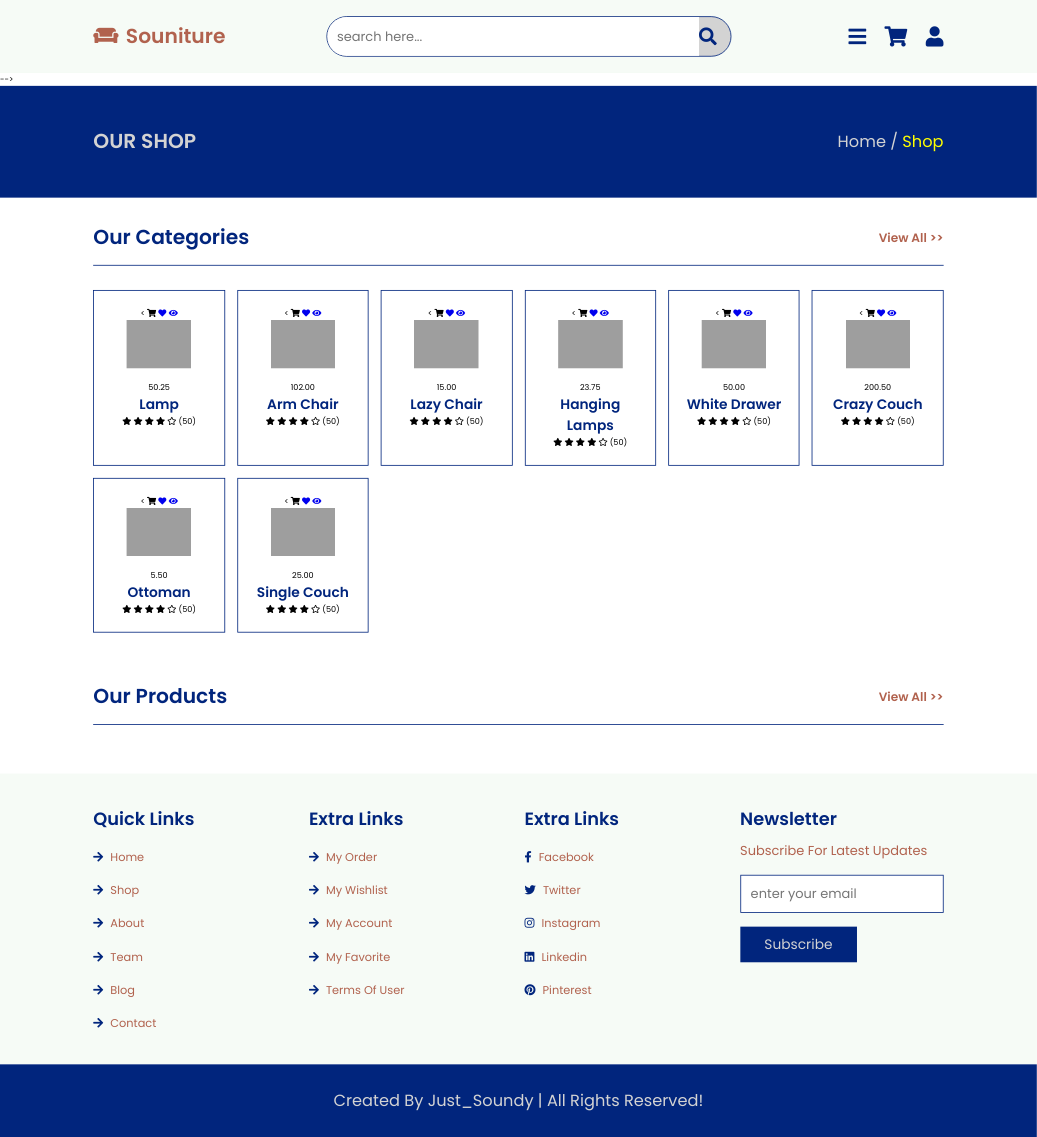
Repository: spencersoundy/furniture-store
Page: shop.html
An editor plug-in stored every save of this project. The page is shown before and after the next save, followed by the edit.
The browser window is 1280 px wide. The pictures show the whole page, at 81% of full size.
Pictures or frames that could not be fetched are drawn as grey boxes.

Above is the page before, as saved 2023-05-02 15:22:16.
Console error: TypeError: Cannot read properties of null (reading 'addEventListener')

### shop.html
<!DOCTYPE html>
<html lang="en">
<head>
    <meta charset="UTF-8">
    <meta http-equiv="X-UA-Compatible" content="IE=edge">
    <meta name="viewport" content="width=device-width, initial-scale=1.0">
    <title>shop</title>

    <!-- font awesome cdn link  -->
    <link rel="stylesheet" href="https://cdnjs.cloudflare.com/ajax/libs/font-awesome/5.15.4/css/all.min.css">

    <!-- custom css file link  -->
    <link rel="stylesheet" href="css/style.css">

</head>
<body>

<!-- header section starts  -->

<header class="header">

    <a href="home.html" class="logo"> <i class="fas fa-couch"></i> Souniture </a>

    <form action="" class="search-form">
        <input type="search" placeholder="search here..." id="search-box">
        <label for="search-box" class="fas fa-search"></label>
    </form>

    <div class="icons">
        <div id="menu-btn" class="fas fa-bars"></div>
        <div id="search-btn" class="fas fa-search"></div>
        <div id="cart-btn" class="fas fa-shopping-cart"></div>
        <div id="login-btn" class="fas fa-user"></div>
    </div>

</header>

<!-- header section ends  -->

<!-- closer btn  -->

<div id="closer" class="fas fa-times"></div>

<!-- navbar  -->

<nav class="navbar">
    <a href="home.html">home</a>
    <a href="shop.html">shop</a>
    <a href="about.html">about</a>
    <a href="team.html">team</a>
    <a href="blog.html">blog</a>
    <a href="contact.html">contact</a>
</nav>

<!-- shopping cart  -->

<div class="shopping-cart">

    <div class="box">
        <i class="fas fa-times"></i>
        <img src="image/cart-img-1.jpg" alt="">
        <div class="content">
            <h3>morden furniture</h3>
            <span class="quantity"> 1 </span>
            <span class="multiply"> x </span>
            <span class="price"> $140.00 </span>
        </div>
    </div>

     <div class="box">
        <i class="fas fa-times"></i>
        <img src="image/cart-img-2.jpg" alt="">
        <div class="content">
            <h3>morden furniture</h3>
            <span class="quantity"> 1 </span>
            <span class="multiply"> x </span>
            <span class="price"> $140.00 </span>
        </div>
    </div>

    <div class="box">
        <i class="fas fa-times"></i>
        <img src="image/cart-img-3.jpg" alt="">
        <div class="content">
            <h3>morden furniture</h3>
            <span class="quantity"> 1 </span>
            <span class="multiply"> x </span>
            <span class="price"> $140.00 </span>
        </div>
    </div>

    <div class="box">
        <i class="fas fa-times"></i>
        <img src="image/cart-img-4.jpg" alt="">
        <div class="content">
            <h3>morden furniture</h3>
            <span class="quantity"> 1 </span>
            <span class="multiply"> x </span>
            <span class="price"> $140.00 </span>
        </div>
    </div>

    <h3 class="total"> total : <span>$560.00</span> </h3>

    <a href="#" class="btn">checkout cart</a>

</div> -->

<!-- login form  -->

<div class="login-form">

    <form action="">
        <h3>login form</h3>
        <input type="email" placeholder="enter your email" class="box">
        <input type="password" placeholder="enter your password" class="box">
        <div class="remember">
            <input type="checkbox" name="" id="remember-me">
            <label for="remember-me">remember me</label>
        </div>
        <input type="submit" value="login now" class="btn">
        <p>forget password? <a href="#">click here</a></p>
        <p>don't have an account? <a href="#">create now</a></p>
    </form>

</div>

<section class="heading">
    <h3>our shop</h3>
    <p> <a href="home.html">home</a> / <span>shop</span> </p>
</section>

<section class="category">

    <h1 class="title"> <span>our categories</span> <a href="#">view all >></a> </h1>

    <div class="box-container">

        <a href="#" class="box">
            <img src="image/icon-1.png" alt="">
            <h3>house sofa</h3>
        </a>

        <a href="#" class="box">
            <img src="image/icon-2.png" alt="">
            <h3>working table</h3>
        </a>

        <a href="#" class="box">
            <img src="image/icon-3.png" alt="">
            <h3>corner table</h3>
        </a>

        <a href="#" class="box">
            <img src="image/icon-4.png" alt="">
            <h3>office chair</h3>
        </a>

        <a href="#" class="box">
            <img src="image/icon-5.png" alt="">
            <h3>new wardrobe</h3>
        </a>

    </div>

</section>

<section class="products">

    <h1 class="title"> <span>our products</span> <a href="#">view all >></a> </h1>

    <div class="box-container">

        <!-- <div class="box">
            <div class="icons">
                <a href="#" class="fas fa-shopping-cart"></a>
                <a href="#" class="fas fa-heart"></a>
                <a href="#" class="fas fa-eye"></a>
            </div>
            <div class="image">
                <img src="image/product-1.jpg" alt="">
            </div>
            <div class="content">
                <div class="price">R2380.00</div>
                <h3>modern furniture</h3>
                <div class="stars">
                    <i class="fas fa-star"></i>
                    <i class="fas fa-star"></i>
                    <i class="fas fa-star"></i>
                    <i class="fas fa-star"></i>
                    <i class="far fa-star"></i>
                    <span> (50) </span>
                </div>
            </div>
        </div>

        <div class="box">
            <div class="icons">
                <a href="#" class="fas fa-shopping-cart"></a>
                <a href="#" class="fas fa-heart"></a>
                <a href="#" class="fas fa-eye"></a>
            </div>
            <div class="image">
                <img src="image/product-2.jpg" alt="">
            </div>
            <div class="content">
                <div class="price">R2380.00</div>
                <h3>modern furniture</h3>
                <div class="stars">
                    <i class="fas fa-star"></i>
                    <i class="fas fa-star"></i>
                    <i class="fas fa-star"></i>
                    <i class="fas fa-star"></i>
                    <i class="far fa-star"></i>
                    <span> (50) </span>
                </div>
            </div>
        </div>

        <div class="box">
            <div class="icons">
                <a href="#" class="fas fa-shopping-cart"></a>
                <a href="#" class="fas fa-heart"></a>
                <a href="#" class="fas fa-eye"></a>
            </div>
            <div class="image">
                <img src="image/product-3.jpg" alt="">
            </div>
            <div class="content">
                <div class="price">R2380.00</div>
                <h3>modern furniture</h3>
                <div class="stars">
                    <i class="fas fa-star"></i>
                    <i class="fas fa-star"></i>
                    <i class="fas fa-star"></i>
                    <i class="fas fa-star"></i>
                    <i class="far fa-star"></i>
                    <span> (50) </span>
                </div>
            </div>
        </div>

        <div class="box">
            <div class="icons">
                <a href="#" class="fas fa-shopping-cart"></a>
                <a href="#" class="fas fa-heart"></a>
                <a href="#" class="fas fa-eye"></a>
            </div>
            <div class="image">
                <img src="image/product-4.jpg" alt="">
            </div>
            <div class="content">
                <div class="price">R2380.00</div>
                <h3>modern furniture</h3>
                <div class="stars">
                    <i class="fas fa-star"></i>
                    <i class="fas fa-star"></i>
                    <i class="fas fa-star"></i>
                    <i class="fas fa-star"></i>
                    <i class="far fa-star"></i>
                    <span> (50) </span>
                </div>
            </div>
        </div>

        <div class="box">
            <div class="icons">
                <a href="#" class="fas fa-shopping-cart"></a>
                <a href="#" class="fas fa-heart"></a>
                <a href="#" class="fas fa-eye"></a>
            </div>
            <div class="image">
                <img src="image/product-5.jpg" alt="">
            </div>
            <div class="content">
                <div class="price">R2380.00</div>
                <h3>modern furniture</h3>
                <div class="stars">
                    <i class="fas fa-star"></i>
                    <i class="fas fa-star"></i>
                    <i class="fas fa-star"></i>
                    <i class="fas fa-star"></i>
                    <i class="far fa-star"></i>
                    <span> (50) </span>
                </div>
            </div>
        </div>

        <div class="box">
            <div class="icons">
                <a href="#" class="fas fa-shopping-cart"></a>
                <a href="#" class="fas fa-heart"></a>
                <a href="#" class="fas fa-eye"></a>
            </div>
            <div class="image">
                <img src="image/product-6.jpg" alt="">
            </div>
            <div class="content">
                <div class="price">R2380.00</div>
                <h3>modern furniture</h3>
                <div class="stars">
                    <i class="fas fa-star"></i>
                    <i class="fas fa-star"></i>
                    <i class="fas fa-star"></i>
                    <i class="fas fa-star"></i>
                    <i class="far fa-star"></i>
                    <span> (50) </span>
                </div>
            </div>
        </div>

        <div class="box">
            <div class="icons">
                <a href="#" class="fas fa-shopping-cart"></a>
                <a href="#" class="fas fa-heart"></a>
                <a href="#" class="fas fa-eye"></a>
            </div>
            <div class="image">
                <img src="image/product-7.jpg" alt="">
            </div>
            <div class="content">
                <div class="price">R2380.00</div>
                <h3>modern furniture</h3>
                <div class="stars">
                    <i class="fas fa-star"></i>
                    <i class="fas fa-star"></i>
                    <i class="fas fa-star"></i>
                    <i class="fas fa-star"></i>
                    <i class="far fa-star"></i>
                    <span> (50) </span>
                </div>
            </div>
        </div>

        <div class="box">
            <div class="icons">
                <a href="#" class="fas fa-shopping-cart"></a>
                <a href="#" class="fas fa-heart"></a>
                <a href="#" class="fas fa-eye"></a>
            </div>
            <div class="image">
                <img src="image/product-8.jpg" alt="">
            </div>
            <div class="content">
                <div class="price">R2380.00</div>
                <h3>modern furniture</h3>
                <div class="stars">
                    <i class="fas fa-star"></i>
                    <i class="fas fa-star"></i>
                    <i class="fas fa-star"></i>
                    <i class="fas fa-star"></i>
                    <i class="far fa-star"></i>
                    <span> (50) </span>
                </div>
            </div>
        </div>-->

    </div>

</section>




















<!-- footer section  -->

<section class="footer">

    <div class="box-container">

        <div class="box">
            <h3>quick links</h3>
            <a href="home.html"> <i class="fas fa-arrow-right"></i> home</a>
            <a href="shop.html"> <i class="fas fa-arrow-right"></i> shop</a>
            <a href="about.html"> <i class="fas fa-arrow-right"></i> about</a>
            <a href="team.html"> <i class="fas fa-arrow-right"></i> team</a>
            <a href="blog.html"> <i class="fas fa-arrow-right"></i> blog</a>
            <a href="contact.html"> <i class="fas fa-arrow-right"></i> contact</a>
        </div>

        <div class="box">
            <h3>extra links</h3>
            <a href="#"> <i class="fas fa-arrow-right"></i> my order</a>
            <a href="#"> <i class="fas fa-arrow-right"></i> my wishlist</a>
            <a href="#"> <i class="fas fa-arrow-right"></i> my account</a>
            <a href="#"> <i class="fas fa-arrow-right"></i> my favorite</a>
            <a href="#"> <i class="fas fa-arrow-right"></i> terms of user</a>
        </div>

        <div class="box">
            <h3>extra links</h3>
            <a href="#"> <i class="fab fa-facebook-f"></i> facebook</a>
            <a href="#"> <i class="fab fa-twitter"></i> twitter</a>
            <a href="#"> <i class="fab fa-instagram"></i> instagram</a>
            <a href="#"> <i class="fab fa-linkedin"></i> linkedin</a>
            <a href="#"> <i class="fab fa-pinterest"></i> pinterest</a>
        </div>

        <div class="box">
            <h3>newsletter</h3>
            <p>subscribe for latest updates</p>
            <form action="">
                <input type="email" name="" placeholder="enter your email" id="">
                <input type="submit" value="subscribe" class="btn">
            </form>
        </div>

    </div>

</section>

<section class="credit">
    created by Just_Soundy | all rights reserved!
</section>

<!-- custom js file link  -->
<script src="js/script.js"></script>

</body>
</html>

### js/script.js
let closer = document.querySelector('#closer');

closer.onclick = () =>{
    closer.style.display = 'none';
    navbar.classList.remove('active');
    cart.classList.remove('active');
    loginForm.classList.remove('active');
}

let navbar = document.querySelector('.navbar');

document.querySelector('#menu-btn').onclick = () =>{
    closer.style.display = 'block';
    navbar.classList.toggle('active');
}

let cart = document.querySelector('.shopping-cart');

document.querySelector('#cart-btn').onclick = () =>{
    closer.style.display = 'block';
    cart.classList.toggle('active');
}

let loginForm = document.querySelector('.login-form');

document.querySelector('#login-btn').onclick = () =>{
    closer.style.display = 'block';
    loginForm.classList.toggle('active');
}

let searchForm = document.querySelector('.header .search-form');

document.querySelector('#search-btn').onclick = () =>{
    searchForm.classList.toggle('active');
}

window.onscroll = () =>{
    searchForm.classList.remove('active');
}

let slides = document.querySelectorAll('.home .slides-container .slide');
let index = 0;

function next(){
    slides[index].classList.remove('active');
    index = (index + 1) % slides.length;
    slides[index].classList.add('active');
}

function prev(){
    slides[index].classList.remove('active');
    index = (index - 1 + slides.length) % slides.length;
    slides[index].classList.add('active');
}

// variables and constants
const cartContainer = document.querySelector('.cart-container');
const productList = document.querySelector('.box-container');
const cartList = document.querySelector('.cart-list');
const cartTotalValue = document.getElementById('cart-total-value');
const cartCountInfo = document.getElementById('cart-count-info');
let cartItemID = 1;

eventListeners();

// all event listeners
function eventListeners(){
    window.addEventListener('DOMContentLoaded', () => {
        loadJSON();
        loadCart();
    });
    // toggle navbar when toggle button is clicked
    document.querySelector('.navbar-toggler').addEventListener('click', () => {
        document.querySelector('.navbar-collapse').classList.toggle('show-navbar');
    });

    // show/hide cart container
    document.getElementById('cart-btn').addEventListener('click', () => {
        cartContainer.classList.toggle('show-cart-container');
    });

    // add to cart
    productList.addEventListener('click', purchaseProduct);

    // delete from cart
    cartList.addEventListener('click', deleteProduct);
}

// update cart info
function updateCartInfo(){
    let cartInfo = findCartInfo();
    cartCountInfo.textContent = cartInfo.productCount;
    cartTotalValue.textContent = cartInfo.total;
}

// load product items content form JSON file
function loadJSON(){
    fetch('furniture.json')
    .then(response => response.json())
    .then(data =>{
        let html = '';
        data.forEach(product => {
            html += `
             <div class="box">
                <div class="icons">
                <
                    <i  class="fas fa-shopping-cart"></i>
                    <a href="#" class="fas fa-heart"></a>
                    <a href="#" class="fas fa-eye"></a>
                </div>
                <div class="image">
                    <img src="${product.Imgsrc}" alt="">
                </div>
                <div class="content">
                    <div class="price">${product.price}</div>
                    <h3>${product.name}</h3>
                    <div class="stars">
                        <i class="fas fa-star"></i>
                        <i class="fas fa-star"></i>
                        <i class="fas fa-star"></i>
                        <i class="fas fa-star"></i>
                        <i class="far fa-star"></i>
                        <span> (50) </span>
                    </div>
                </div>
            </div>
            `;
        });
        productList.innerHTML = html;
    })
    //.catch(error => {
      //  alert(`User live server or local server`);
        //URL scheme must be "http" or "https" for CORS request. You need to be serving your index.html locally or have your site hosted on a live server somewhere for the Fetch API to work properly.
   // })
}


// purchase product
function purchaseProduct(e){
    if(e.target.classList.contains('add-to-cart-btn')){
        let product = e.target.parentElement.parentElement;
        getProductInfo(product);
    }
}

// get product info after add to cart button click
function getProductInfo(product){
    let productInfo = {
        id: cartItemID,
        imgSrc: product.querySelector('.product-img img').src,
        name: product.querySelector('.product-name').textContent,
        category: product.querySelector('.product-category').textContent,
        price: product.querySelector('.product-price').textContent
    }
    cartItemID++;
    addToCartList(productInfo);
    saveProductInStorage(productInfo);
}

// add the selected product to the cart list
function addToCartList(product){
    const cartItem = document.createElement('div');
    cartItem.classList.add('cart-item');
    cartItem.setAttribute('data-id', `${product.id}`);
    cartItem.innerHTML = `
        <img src = "${product.imgSrc}" alt = "product image">
        <div class = "cart-item-info">
            <h3 class = "cart-item-name">${product.name}</h3>
            <span class = "cart-item-category">${product.category}</span>
            <span class = "cart-item-price">${product.price}</span>
        </div>

        <button type = "button" class = "cart-item-del-btn">
            <i class = "fas fa-times"></i>
        </button>
    `;
    cartList.appendChild(cartItem);
}

// save the product in the local storage
function saveProductInStorage(item){
    let products = getProductFromStorage();
    products.push(item);
    localStorage.setItem('products', JSON.stringify(products));
    updateCartInfo();
}

// get all the products info if there is any in the local storage
function getProductFromStorage(){
    return localStorage.getItem('products') ? JSON.parse(localStorage.getItem('products')) : [];
    // returns empty array if there isn't any product info
}

// load carts product
function loadCart(){
    let products = getProductFromStorage();
    if(products.length < 1){
        cartItemID = 1; // if there is no any product in the local storage
    } else {
        cartItemID = products[products.length - 1].id;
        cartItemID++;
        // else get the id of the last product and increase it by 1
    }
    products.forEach(product => addToCartList(product));

    // calculate and update UI of cart info
    updateCartInfo();
}

// calculate total price of the cart and other info
function findCartInfo(){
    let products = getProductFromStorage();
    let total = products.reduce((acc, product) => {
        let price = parseFloat(product.price.substr(1)); // removing dollar sign
        return acc += price;
    }, 0); // adding all the prices

    return{
        total: total.toFixed(2),
        productCount: products.length
    }
}

// delete product from cart list and local storage
function deleteProduct(e){
    let cartItem;
    if(e.target.tagName === "BUTTON"){
        cartItem = e.target.parentElement;
        cartItem.remove(); // this removes from the DOM only
    } else if(e.target.tagName === "I"){
        cartItem = e.target.parentElement.parentElement;
        cartItem.remove(); // this removes from the DOM only
    }

    let products = getProductFromStorage();
    let updatedProducts = products.filter(product => {
        return product.id !== parseInt(cartItem.dataset.id);
    });
    localStorage.setItem('products', JSON.stringify(updatedProducts)); // updating the product list after the deletion
    updateCartInfo();
}

Loaded but not shown: furniture.json (51 lines, source omitted); css/style.css (1189 lines, source omitted)

After the next save:
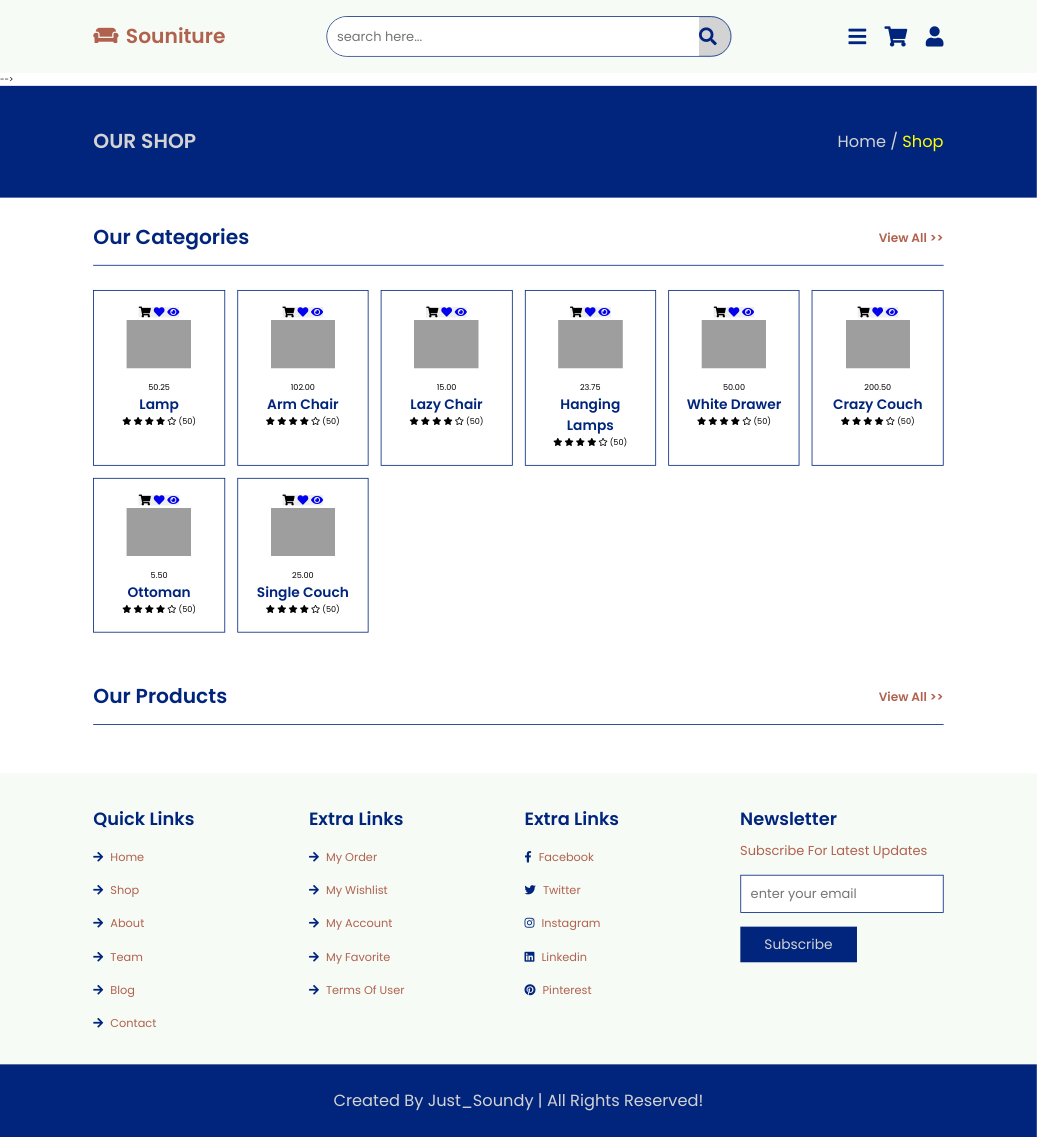
Saved 6 s later.
--- a/js/script.js
+++ b/js/script.js
@@ -103,7 +103,7 @@ function loadJSON(){
             html += `
              <div class="box">
                 <div class="icons">
-                <
+                <button
                     <i  class="fas fa-shopping-cart"></i>
                     <a href="#" class="fas fa-heart"></a>
                     <a href="#" class="fas fa-eye"></a>
